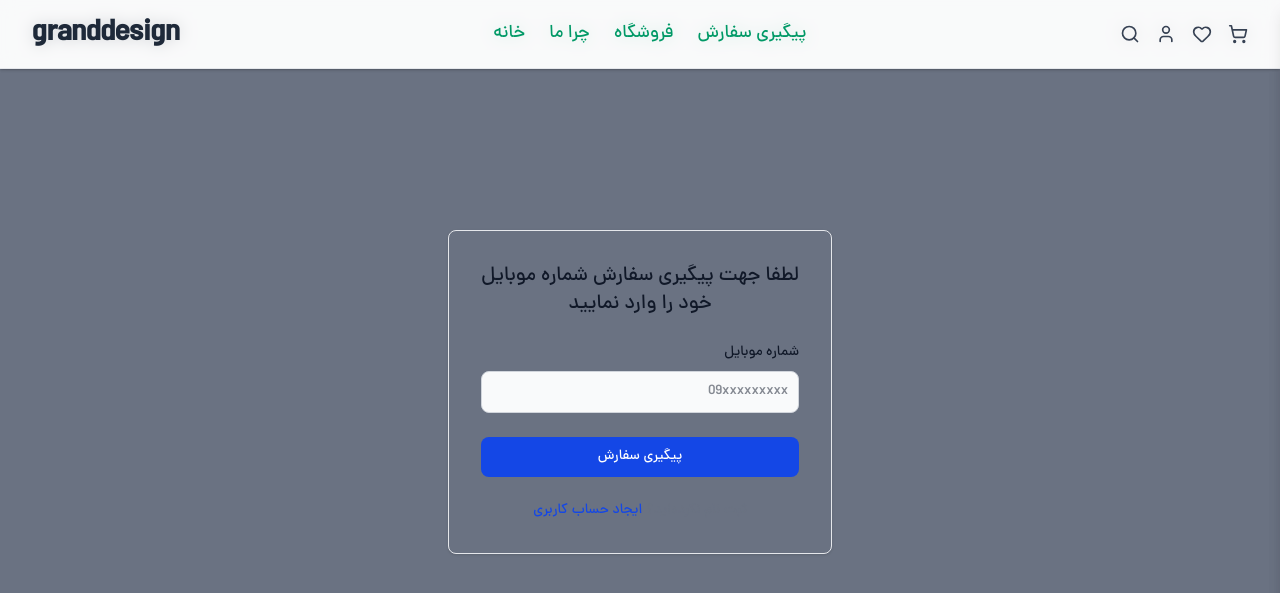
Repository: Aihan-2005/granddesign.frontend
Page: /productTracking
These files come from the project's save history. The page is drawn as it stood at one moment and after the next save; the edit follows.
The browser window is 1280 px wide. The pictures show the whole page.
The project was rebuilt for these pictures with package versions that can differ from the ones it lists, and the page was loaded fresh each time. The framework's server and built-in components were replaced by stand-ins that run in the browser. Also part of the build but not shown: next.config.mjs, src/components/store/modal/Search.jsx, src/zustand/useAuthStore.jsx, src/components/store/modal/Login.jsx, src/components/store/modal/CartModal.jsx, src/components/store/modal/FavoritesModal.jsx.

Above is the page before, as saved 2025-09-16 01:40:58.

### src/app/layout.jsx
import { Geist, Geist_Mono } from "next/font/google";
import "./globals.css";
import Header from './../components/store/Headers';
import Search from './../components/store/modal/Search';
import LoginModal from './../components/store/modal/Login';
import CartModal from './../components/store/modal/CartModal';
import FavoritesModal from "@/components/store/modal/FavoritesModal";

const geistSans = Geist({
  variable: "--font-geist-sans",
  subsets: ["latin"],
});

const geistMono = Geist_Mono({
  variable: "--font-geist-mono",
  subsets: ["latin"],
});

export const metadata = {
  title: "Create Next App",
  description: "Generated by create next app",
};

export default function RootLayout({ children }) {
  return (
    <html lang="en">
      <body className={`${geistSans.variable} ${geistMono.variable} antialiased`}>
        <Header />
        {children}
        <Search/>
        <LoginModal />
        <FavoritesModal/>
        <CartModal />
      </body>
    </html>
  );
}

### src/app/(fullpage)/layout.jsx
export default function LayoutRegister({children}){
    return(
        <>
        {children}
        </>
    )
}

### src/app/(fullpage)/productTracking/page.jsx
import Header from "@/components/store/Headers";

export default function ProductTracking() {
    return (
        <div className="min-h-screen bg-gray-500 relative overflow-hidden" >
            <Header />

            <div className="flex items-center justify-center min-h-screen pt-16">
                <div className="w-full max-w-sm p-4 bg- border border-gray-200 rounded-lg shadow-sm sm:p-6 md:p-8 ">
                    <form className="space-y-6" action="#">
                        <h5 className="text-xl font-medium text-gray-900 dark:text-white text-center">
                            لطفا جهت پیگیری سفارش شماره موبایل خود را وارد نمایید
                        </h5>
                        <div>
                            <label htmlFor="phone" className="block mb-2 text-sm font-medium text-gray-900 dark:text-white text-right">
                                شماره موبایل
                            </label>
                            <input
                                type="tel"
                                name="phone"
                                id="phone"
                                className="bg-gray-50 border border-gray-300 text-gray-900 text-sm rounded-lg focus:ring-blue-500 focus:border-blue-500 block w-full p-2.5 dark:bg-gray-600 dark:border-gray-500 dark:placeholder-gray-400 dark:text-white text-right"
                                placeholder="09xxxxxxxxx"
                                required
                            />
                        </div>

                        <button
                            type="submit"
                            className="w-full text-white bg-blue-700 hover:bg-blue-800 focus:ring-4 focus:outline-none focus:ring-blue-300 font-medium rounded-lg text-sm px-5 py-2.5 text-center dark:bg-blue-600 dark:hover:bg-blue-700 dark:focus:ring-blue-800"
                        >
                            پیگیری سفارش
                        </button>

                        <div className="text-sm font-medium text-gray-500 dark:text-gray-300 text-center">
                            ثبت نام نکرده‌اید؟{" "}
                            <a href="#" className="text-blue-700 hover:underline dark:text-blue-500">
                                ایجاد حساب کاربری
                            </a>
                        </div>
                    </form>
                </div>
            </div>
        </div>
    )
}

### src/app/globals.css
@import "tailwindcss";



@font-face {
  font-family: "Biski";
  src: url("/Fonts/biski/BiskiTrial-Regular.otf") format(opentype);
}
@font-face {
  font-family: "Dana";
  src: url("/Fonts/dana/dana medium.ttf") format(truetype);
}
@font-face {
  font-family: "Niaz";
  src: url("/Fonts/niaz/niaz.ttf") format(truetype);
}

*{
  font-family:"Dana";
   scroll-behavior: smooth;
}




body::-webkit-scrollbar {
    width: 7px;
}

body::-webkit-scrollbar-track {
    background-color: inherit;
    border-radius: 25px;
}

body::-webkit-scrollbar-thumb {
    background-color: rgb(130, 130, 130);
    border-radius: 25px;
}

.changeScroll::-webkit-scrollbar {
    height:  7px;
}

.changeScroll::-webkit-scrollbar-track {
    background-color: inherit;
    border-radius: 25px;
}

.changeScroll::-webkit-scrollbar-thumb {
    background-color: rgb(130, 130, 130);
    border-radius: 25px;
}


body {
background-color: rgba(49, 49, 49, 0.901);
width: 100%;
height: 100%;
}


input:-webkit-autofill,
input:-webkit-autofill:hover,
input:-webkit-autofill:focus,
input:-webkit-autofill:active {
    -webkit-box-shadow: 0 0 0px 1000px #0f172a00 inset !important;
    box-shadow: 0 0 0px 1000px #0f172a00 inset !important;
    -webkit-text-fill-color: #fff !important;
    caret-color: #ffffff !important;
    border-color: #94a3b800 !important;
    transition: background-color 9999s ease-in-out 0s, color 9999s ease-in-out 0s;
    appearance: none;
}
.no-scrollbar::-webkit-scrollbar {
  display: none;
}
.no-scrollbar {
  -ms-overflow-style: none;  /* IE and Edge */
  scrollbar-width: none;  /* Firefox */
}

### src/zustand/Search.jsx
import { create } from "zustand";


export const useSearchStore = create((set) => ({
  isSearchOpen: false,
  openSearch: () => set({ isSearchOpen: true }),
  closeSearch: () => set({ isSearchOpen: false }),
}));

### src/zustand/loginStore.jsx
import { create } from "zustand";


export const useLoginStore = create((set)=>({
    isLoginOpen : false,
    openLogin:()=>set({isLoginOpen:true}),
    closeLogin:()=>set({isLoginOpen:false})
}));

### src/zustand/cartStore.jsx
// import { create } from "zustand";

// export const useCartStore = create((set) => ({
//   isCartOpen: false,
//   items: [],

//   openCart: () => set({ isCartOpen: true }),
//   closeCart: () => set({ isCartOpen: false }),

//   addItem: (product) =>
//     set((state) => {
//       const existing = state.items.find((item) => item.id === product.id);
//       if (existing) {
//         return {
//           items: state.items.map((item) =>
//             item.id === product.id
//               ? { ...item, quantity: item.quantity + 1 }
//               : item
//           ),
//         };
//       }
//       return {
//         items: [...state.items, { ...product, quantity: 1 }],
//       };
//     }),

//   removeItem: (id) =>
//     set((state) => ({
//       items: state.items.filter((item) => item.id !== id),
//     })),
// }));
// src/zustand/cartStore.js
import { create } from 'zustand';
import { persist } from 'zustand/middleware'; // اضافه کردن این import

export const useCartStore = create(
  persist( // اضافه کردن persist
    (set, get) => ({
      items: [],
      isCartOpen: false,

      openCart: () => set({ isCartOpen: true }),
      closeCart: () => set({ isCartOpen: false }),

      addItem: (product) => set((state) => {
        const existingItem = state.items.find(item => item.id === product.id);
        if (existingItem) {
          return {
            items: state.items.map(item =>
              item.id === product.id
                ? { ...item, quantity: item.quantity + 1 }
                : item
            )
          };
        } else {
          return {
            items: [...state.items, { ...product, quantity: 1 }]
          };
        }
      }),

      removeItem: (productId) => set((state) => ({
        items: state.items.filter(item => item.id !== productId)
      })),

      updateQuantity: (productId, newQuantity) => set((state) => ({
        items: state.items.map(item =>
          item.id === productId
            ? { ...item, quantity: Math.max(0, newQuantity) }
            : item
        ).filter(item => item.quantity > 0)
      })),

      clearCart: () => set({ items: [] })
    }),
    {
      name: 'cart-storage', // نام برای localStorage
    }
  )
);

### src/zustand/favoritesStore.jsx
// // src/zustand/wishlistStore.js
// import { create } from 'zustand';
// import { persist } from 'zustand/middleware';

// export const useWishlistStore = create(
//   persist(
//     (set, get) => ({
//       wishlistItems: [],

//       // اضافه کردن محصول به علاقه‌مندی‌ها
//       addToWishlist: (product) => set((state) => {
//         const exists = state.wishlistItems.find(item => item.id === product.id);
//         if (!exists) {
//           return { wishlistItems: [...state.wishlistItems, product] };
//         }
//         return state;
//       }),

//       // حذف محصول از علاقه‌مندی‌ها
//       removeFromWishlist: (productId) => set((state) => ({
//         wishlistItems: state.wishlistItems.filter(item => item.id !== productId)
//       })),

//       // تغییر وضعیت محصول در علاقه‌مندی‌ها
//       toggleWishlistItem: (product) => set((state) => {
//         const exists = state.wishlistItems.find(item => item.id === product.id);
//         if (exists) {
//           return {
//             wishlistItems: state.wishlistItems.filter(item => item.id !== product.id)
//           };
//         } else {
//           return {
//             wishlistItems: [...state.wishlistItems, product]
//           };
//         }
//       }),

//       // پاک کردن همه علاقه‌مندی‌ها
//       clearWishlist: () => set({ wishlistItems: [] }),

//       // بررسی وجود محصول در علاقه‌مندی‌ها
//       isInWishlist: (productId) => {
//         return get().wishlistItems.some(item => item.id === productId);
//       }
//     }),
//     {
//       name: 'wishlist-storage', // نام برای ذخیره در localStorage
//     }
//   )
// );
// src/zustand/wishlistStore.js
// src/zustand/favoritesStore.js
import { create } from 'zustand';
import { persist } from 'zustand/middleware';

export const useWishlistStore = create(
  persist(
    (set, get) => ({
      wishlistItems: [],
      isFavoritesOpen: false, // اضافه کردن این خط

      // توابع جدید برای مدیریت modal
      openFavorites: () => set({ isFavoritesOpen: true }),
      closeFavorites: () => set({ isFavoritesOpen: false }),

      // توابع قبلی...
      addToWishlist: (product) => set((state) => {
        const exists = state.wishlistItems.find(item => item.id === product.id);
        if (!exists) {
          return { wishlistItems: [...state.wishlistItems, product] };
        }
        return state;
      }),

      removeFromWishlist: (productId) => set((state) => ({
        wishlistItems: state.wishlistItems.filter(item => item.id !== productId)
      })),

      toggleWishlistItem: (product) => set((state) => {
        const exists = state.wishlistItems.find(item => item.id === product.id);
        if (exists) {
          return {
            wishlistItems: state.wishlistItems.filter(item => item.id !== product.id),
            isFavoritesOpen: true // باز نگه داشتن modal بعد از حذف
          };
        } else {
          return {
            wishlistItems: [...state.wishlistItems, product],
            isFavoritesOpen: true // باز نگه داشتن modal بعد از اضافه کردن
          };
        }
      }),

      clearWishlist: () => set({ wishlistItems: [] }),

      isInWishlist: (productId) => {
        return get().wishlistItems.some(item => item.id === productId);
      }
    }),
    {
      name: 'wishlist-storage',
    }
  )
);

Loaded but not shown: src/zustand/store.js (18 lines, source omitted); src/components/store/Headers.jsx (396 lines, source omitted)

After the next save:
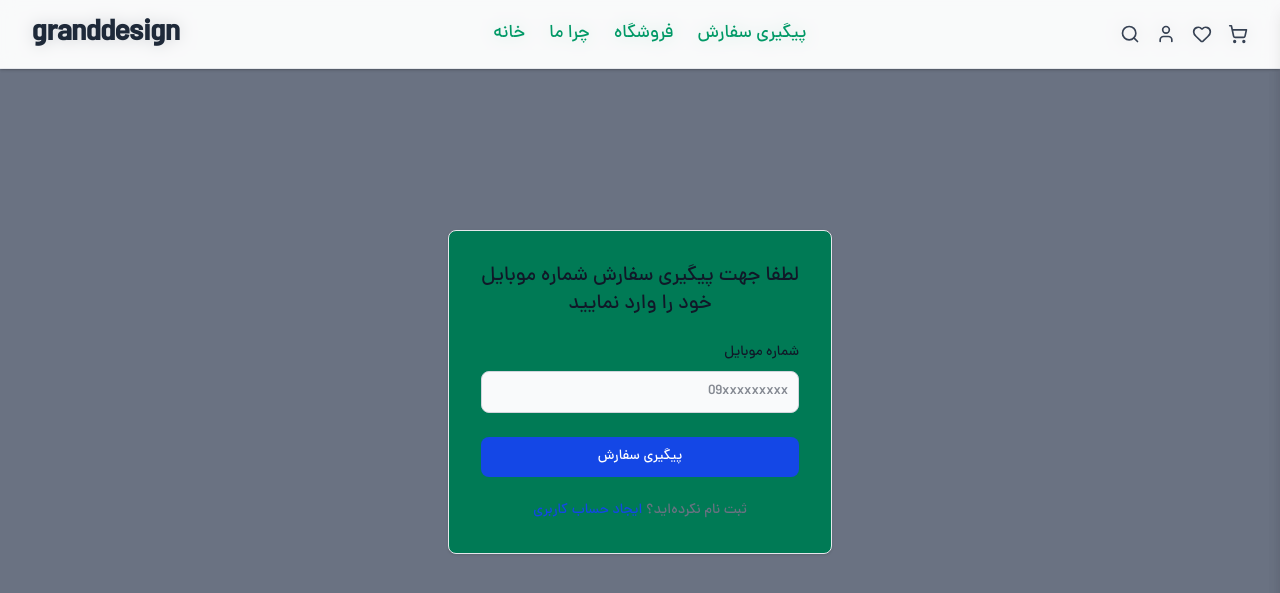
Saved 10 s later.
--- a/src/app/(fullpage)/productTracking/page.jsx
+++ b/src/app/(fullpage)/productTracking/page.jsx
@@ -6,7 +6,7 @@
             <Header />
 
             <div className="flex items-center justify-center min-h-screen pt-16">
-                <div className="w-full max-w-sm p-4 bg- border border-gray-200 rounded-lg shadow-sm sm:p-6 md:p-8 ">
+                <div className="w-full max-w-sm p-4 bg-emerald-700 border border-gray-200 rounded-lg shadow-sm sm:p-6 md:p-8 ">
                     <form className="space-y-6" action="#">
                         <h5 className="text-xl font-medium text-gray-900 dark:text-white text-center">
                             لطفا جهت پیگیری سفارش شماره موبایل خود را وارد نمایید

After the save that followed:
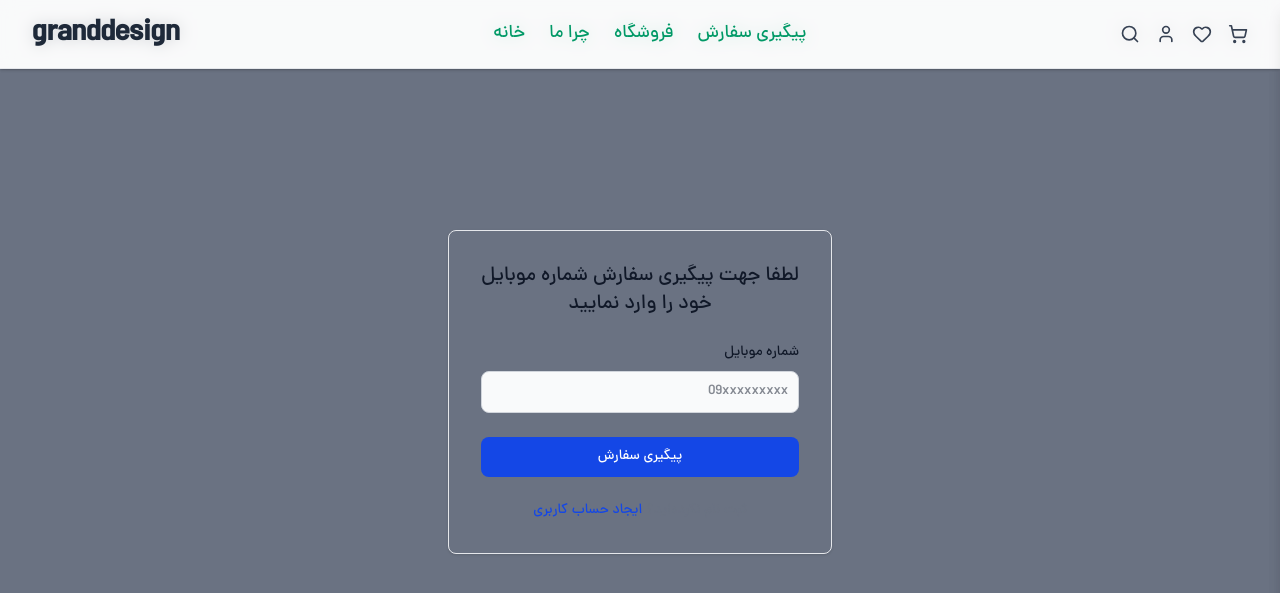
Saved 15 s later.
--- a/src/app/(fullpage)/productTracking/page.jsx
+++ b/src/app/(fullpage)/productTracking/page.jsx
@@ -6,7 +6,7 @@
             <Header />
 
             <div className="flex items-center justify-center min-h-screen pt-16">
-                <div className="w-full max-w-sm p-4 bg-emerald-700 border border-gray-200 rounded-lg shadow-sm sm:p-6 md:p-8 ">
+                <div className="w-full max-w-sm p-4 bg- border border-gray-200 rounded-lg shadow-sm sm:p-6 md:p-8 ">
                     <form className="space-y-6" action="#">
                         <h5 className="text-xl font-medium text-gray-900 dark:text-white text-center">
                             لطفا جهت پیگیری سفارش شماره موبایل خود را وارد نمایید
